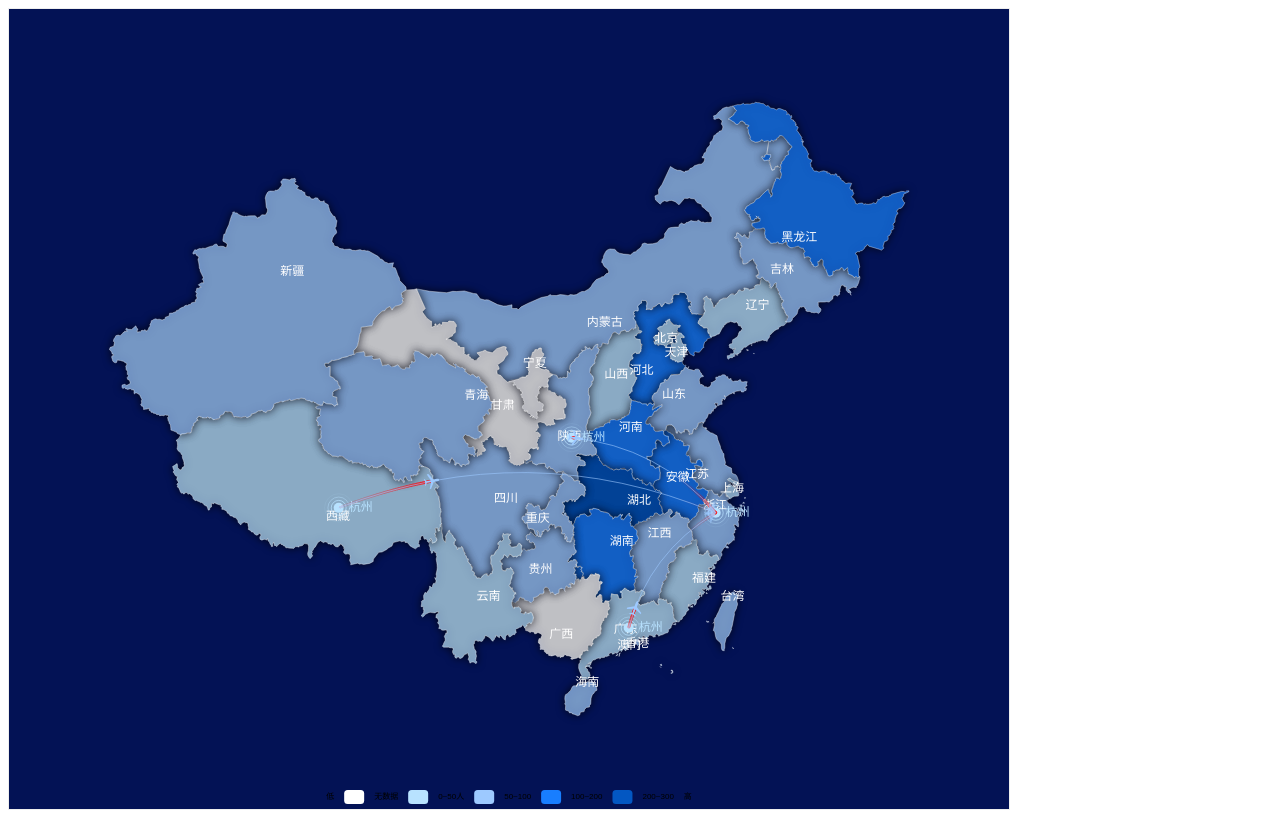
Repository: 572031690/echartssimple
Page: 21.地图常见效果_地图和散点图结合.html
The author's editor kept a copy of each file at every save. The page is drawn from the files as they stood at one save, then again after the next save.
The browser window is 1280 px wide. The pictures show the whole page.

Above is the page before, as saved 2021-08-11 15:47:03.

After the next save:
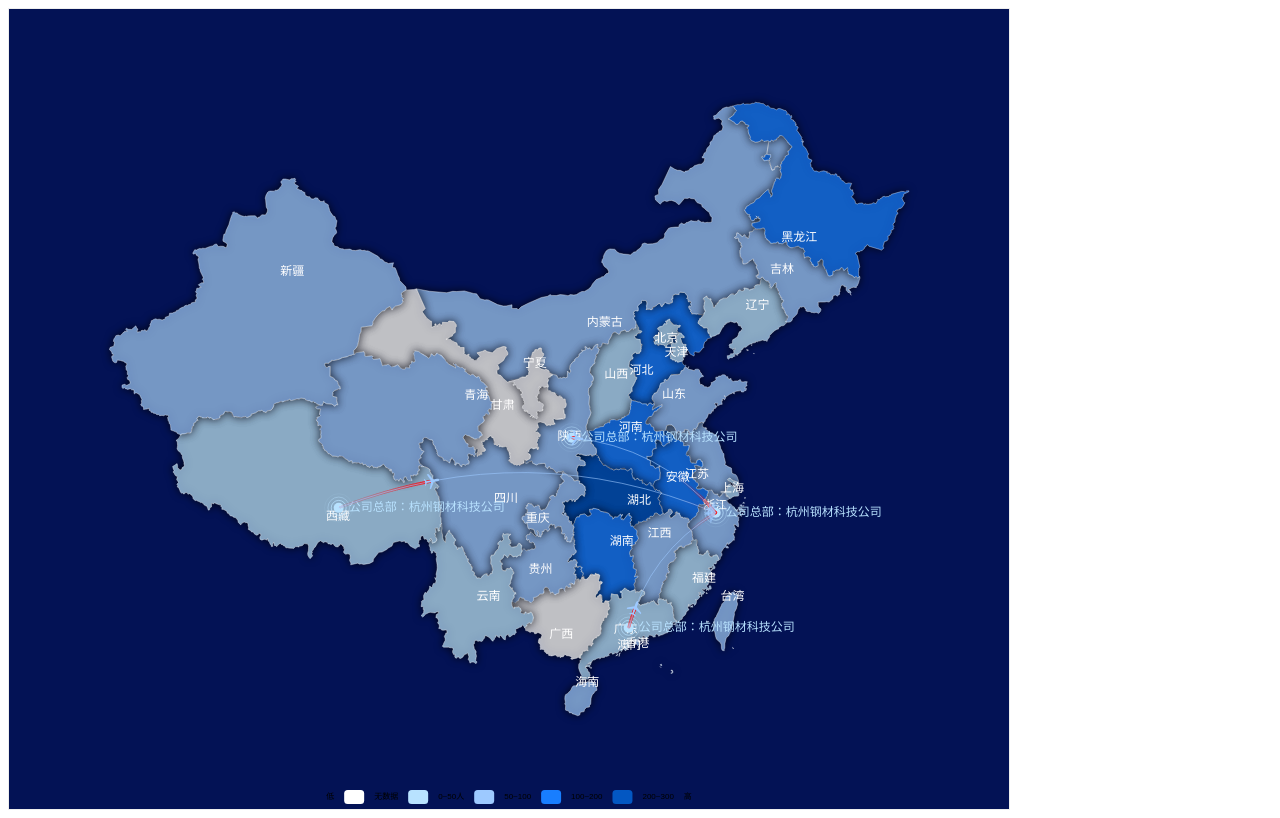
Saved 17 min 3 s later.
--- a/21.地图常见效果_地图和散点图结合.html
+++ b/21.地图常见效果_地图和散点图结合.html
@@ -61,6 +61,13 @@
         value: [120.213042, 29.86119]
       }
     ]
+    var labelFormatter = [
+      {name: '杭州', matter: '公司总部：杭州钢材科技公司'},
+      {name: '拉萨', matter: '钢材公司1'},
+      {name: '广州', matter: '钢材公司2'},
+      {name: '西安', matter: '钢材公司3'}
+
+    ]
 
     var lineSc = [
       {coords:[[91.1865, 30.1465],[120.213042, 29.86119]],fromName:"拉萨",toName:"杭州",value:100},
@@ -134,11 +141,9 @@
                             symbolSize: 3 // 红线的宽度
                         },
                         lineStyle: {
-                            normal: {
                                 color: '#46bee9',
                                 width: 0,
                                 curveness: 0.2 // 弯曲度
-                            }
                         },
                         data:lineSc,
                         tooltip: {
@@ -222,7 +227,10 @@
               normal: {
                 show: true,
                 position: "right",
-                formatter: "杭州"
+                formatter: function (params,ticket,callback) {
+                  if(params.dataIndex) return '公司总部：杭州钢材科技公司'
+                  return '公司总部：杭州钢材科技公司'
+                }
               }
             },
             itemStyle: {
@@ -239,6 +247,7 @@
               },
               // 利用formatter来自定义tooltip展示的数据
               formatter: function (params,ticket,callback) {
+                if(params.dataIndex) return '公司总部：杭州钢材科技公司'
                 return '公司总部：杭州钢材科技公司'
               }
             }
